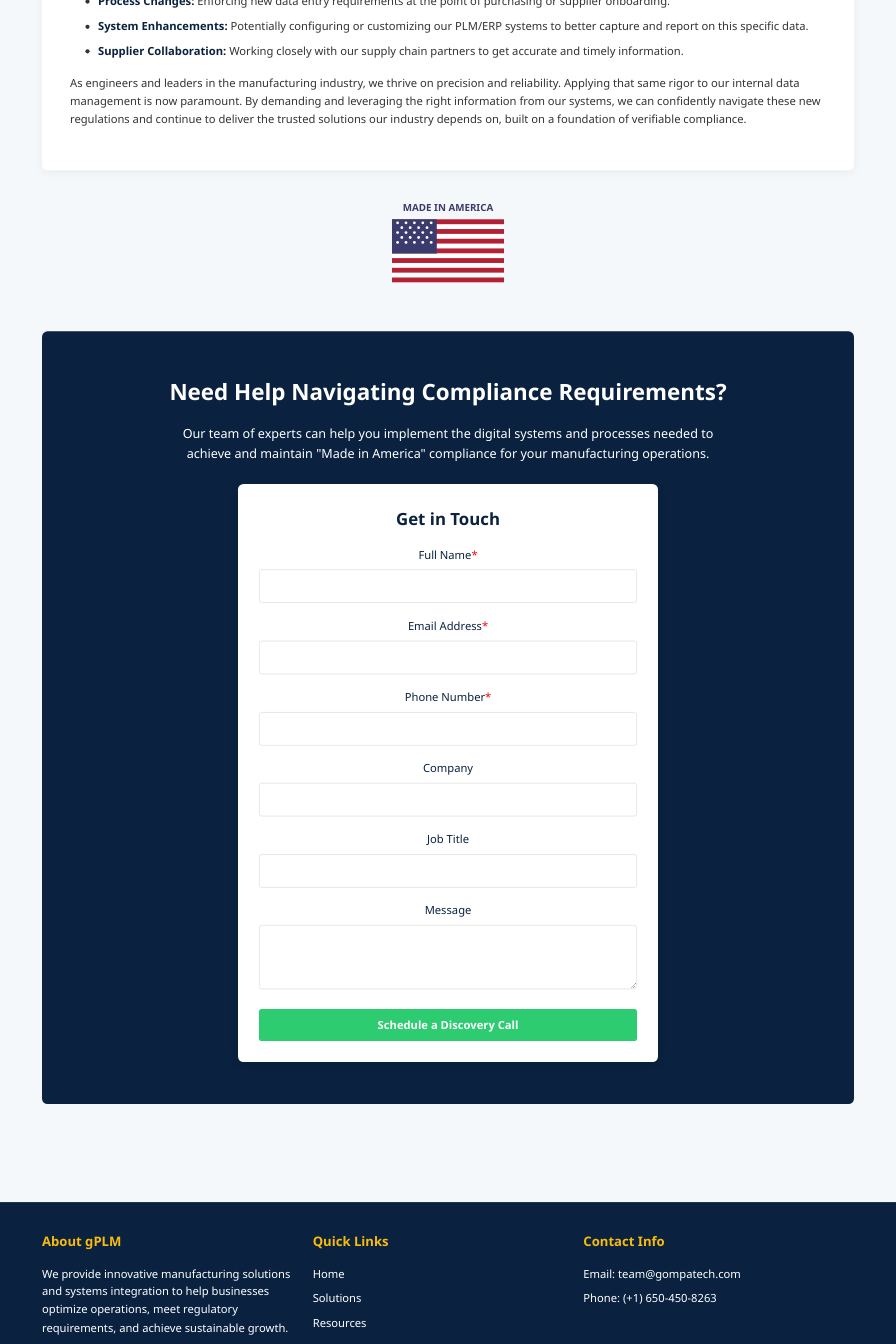
Repository: gompaBlogs/website
Page: mia.html
An editor plug-in stored every save of this project. The page is shown before and after the next save, followed by the edit.
The browser window is 1280 px wide. The pictures show the part of the page from y = 2306 to 4226 px (the page is 4427 px tall), at 70% of full size.

Above is the page before, as saved 2025-04-30 17:49:20.

After the next save:
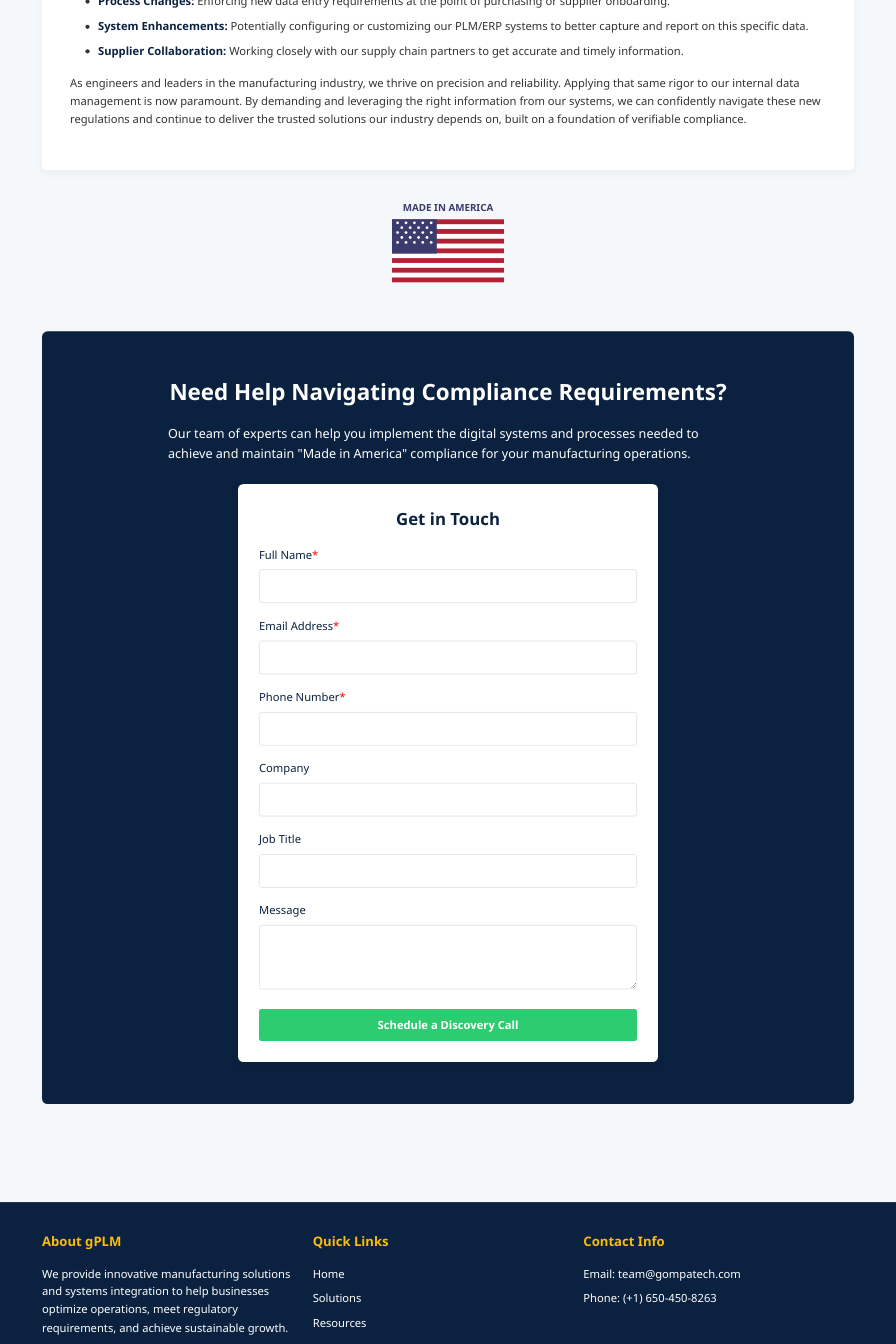
Saved 51 s later.
--- a/mia.html
+++ b/mia.html
@@ -183,8 +183,8 @@
         .cta-section {
             background-color: var(--primary-color);
             color: var(--white);
-            text-align: center;
-            /* text-align: left    ; */
+            /* text-align: center; */
+            text-align: left    ;
             padding: 60px 20px;
             border-radius: 8px;
             margin-bottom: 40px;
@@ -193,6 +193,7 @@
         .cta-section h3 {
             font-size: 32px;
             margin-bottom: 20px;
+            text-align: center;
         }
 
         .cta-section p {
